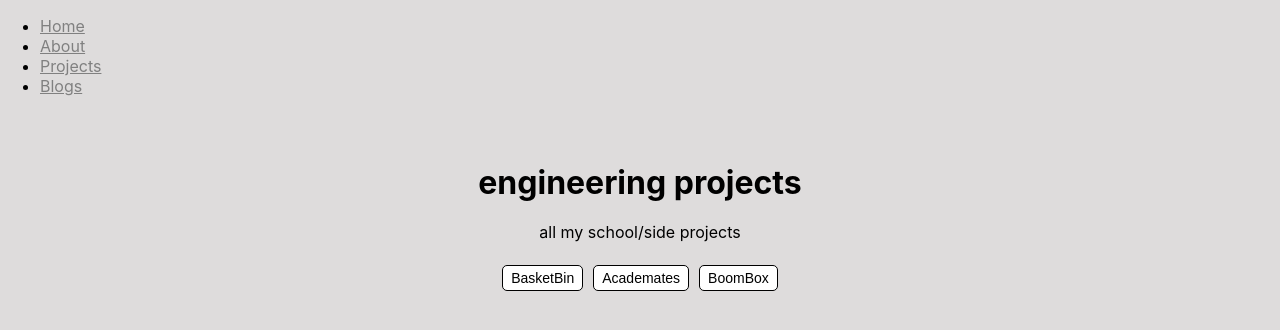
Repository: nicholaschen09/personalWebsite
Page: /projects/engineering
The author's editor kept a copy of each file at every save. The page is drawn from the files as they stood at one save, then again after the next save.
The browser window is 1280 px wide. The pictures show the whole page.
The project was rebuilt for these pictures with package versions that can differ from the ones it lists, and the page was loaded fresh each time. Also part of the build but not shown: src/components/About.css, src/components/About.js, src/components/Home.js, src/components/Projects.css, src/components/Projects.js, src/components/Blog.css, src/components/Blog.js, src/components/Miscellaneous.css and 4 more.

Above is the page before, as saved 2024-08-10 11:21:07.

After the next save:
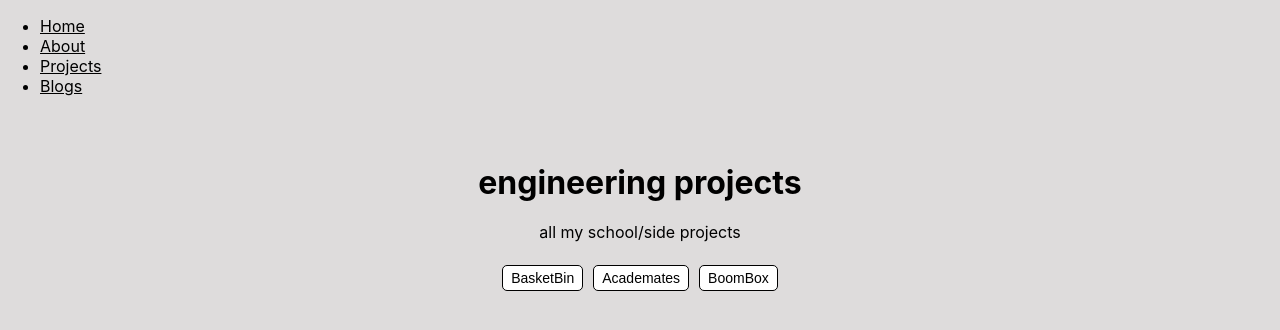
Saved 8 s later.
--- a/src/App.js
+++ b/src/App.js
@@ -11,7 +11,7 @@ import BasketBin from './components/BasketBin';
 
 function App() {
   const linkStyle = {
-    color: 'grey', // Define the color style for links
+    color: 'black', // Define the color style for links
   };
 
   return (
